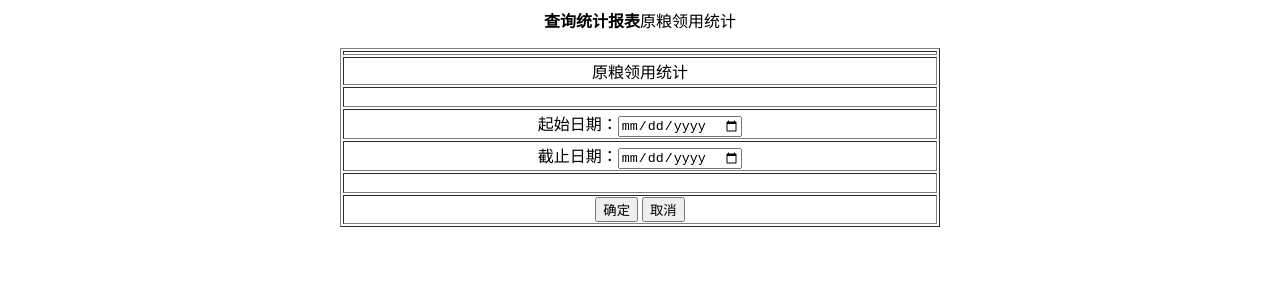
Repository: yuxingyan/OneCrewFlour
Page: http://localhost/Flour/inquiresale.jsp
An editor plug-in stored every save of this project. The page is shown before and after the next save, followed by the edit.
The browser window is 1280 px wide. The pictures show the whole page.
The page is served by Tomcat 9. Nobody is signed in. The application's start-up code is not run.

Above is the page before, as saved 2018-01-09 09:26:57.

After the next save:
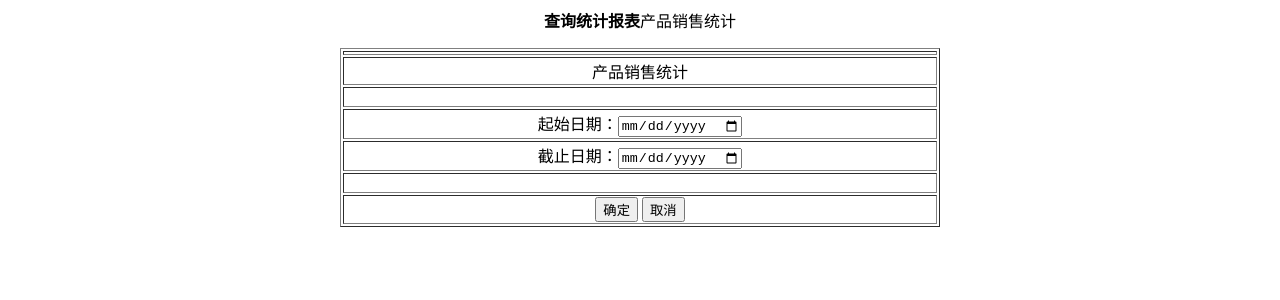
Saved 22 s later.
--- a/Flour/WebRoot/inquiresale.jsp
+++ b/Flour/WebRoot/inquiresale.jsp
@@ -24,11 +24,11 @@ String basePath = request.getScheme()+"://"+request.getServerName()+":"+request.
 
   <body>
     <center>
-     <form  name="原粮领用统计" action="" method="post">
-    <p><b>查询统计报表</b>原粮领用统计</p>
+     <form  name="产品销售统计" action="" method="post">
+    <p><b>查询统计报表</b>产品销售统计</p>
     <table border="1" width="600">
     <tr><td colspan="10" ></td></tr>
-    <tr height="20px"><td align="center" colspan="4" >原粮领用统计</td></tr>
+    <tr height="20px"><td align="center" colspan="4" >产品销售统计</td></tr>
     <tr height="20px"><td align="center" colspan="4" ></td></tr>
     <tr height="20px"><td align="center" colspan="4" >起始日期：<input type="date" /></td>
     </tr>
